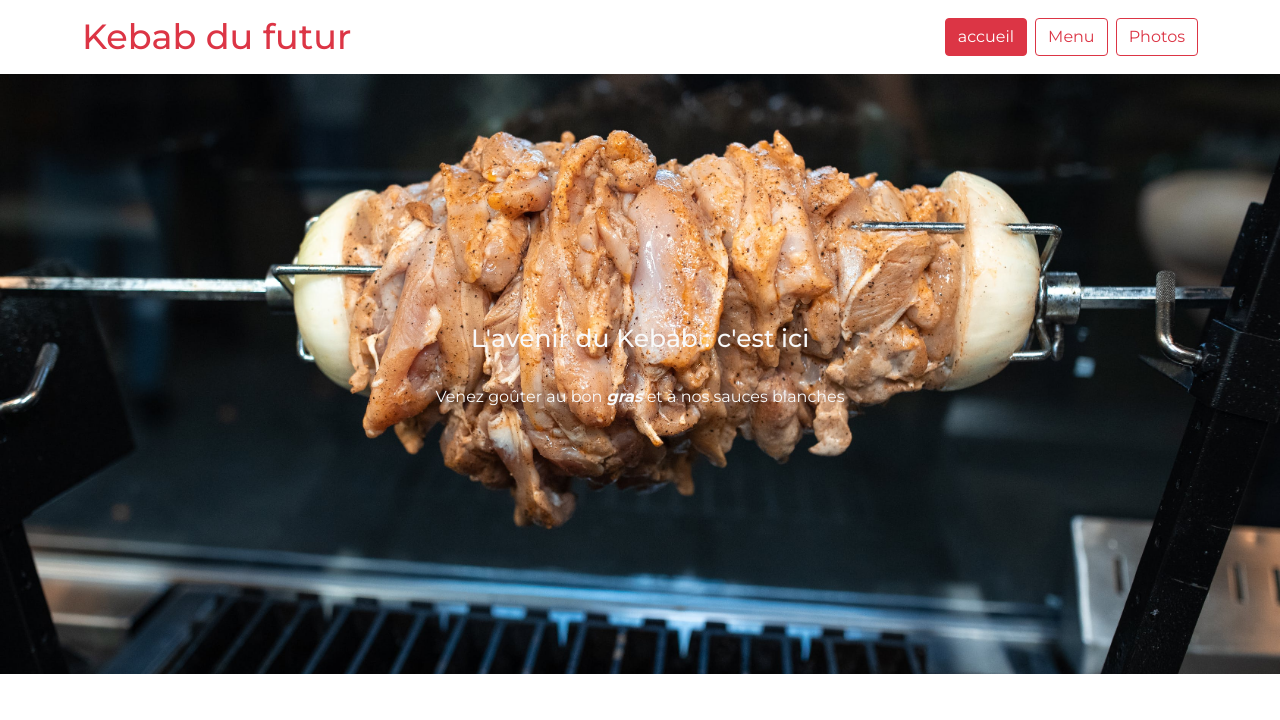
Repository: phbord/THP-js-exercices-manipulation-DOM
Page: index.html
The author's editor kept a copy of each file at every save. The page is drawn from the files as they stood at one save, then again after a run of saves.
The browser window is 1280 px wide. The pictures show the whole page.

Above is the page before, as saved 2021-07-19 11:20:21.

### index.html
<!DOCTYPE HTML>
<html lang="fr">
    <head>
        <title></title>
        <meta charset="utf-8">
        <link href="https://cdn.jsdelivr.net/npm/bootstrap@5.0.2/dist/css/bootstrap.min.css"
                rel="stylesheet"
                integrity="sha384-EVSTQN3/azprG1Anm3QDgpJLIm9Nao0Yz1ztcQTwFspd3yD65VohhpuuCOmLASjC"
                crossorigin="anonymous">
        <link rel="stylesheet" href="./styles/main.css">
    </head>
    <body>
        <!-- HEADER -->
        <header class="py-3">
            <nav class="container d-flex align-items-center justify-content-between">
                <div class="me-5" href="#">
                    <h1 class="text-danger">Kebab du futur</h1>
                </div>
                <ul class="d-flex">
                    <li class="me-2">
                        <a class="btn btn-danger" href="#">accueil</a>
                    </li>
                    <li class="me-2">
                        <a class="btn btn-outline-danger" href="#">Menu</a>
                    </li>
                    <li>
                        <a class="btn btn-outline-danger" href="#">Photos</a>
                    </li>
                </ul>
            </nav>
        </header>

        <!-- ACCUEIL -->
        <section class="home d-flex flex-column justify-content-center align-items-center p-4">
            <h2 class="text-light">L'avenir du Kebab : c'est ici</h2>
            <p class="text-light mt-4">Venez goûter au bon <b><i>gras</i></b> et à nos sauces blanches</p>
        </section>

        <!-- MENU -->

        <!-- PHOTOS -->


        <!-- SCRIPTS -->
        <script src="./scripts/main.js"></script>
    </body>
</html>

### styles/main.css
@import url('https://fonts.googleapis.com/css2?family=Montserrat:wght@100;200;300;400;500;600;700;800;900&display=swap');

body {
    font-family: Montserrat;
}

ul,li {
    margin: 0;
    padding: 0;
    list-style: none;
}

header h1 {
    font-size: 35px;
}
header h1 {
    margin: 0;
}
h2 {
    font-size: 25px;
}

a,button {
    -webkit-transition: all 300ms ease;
    -moz-transition: all 300ms ease;
    -ms-transition: all 300ms ease;
    -o-transition: all 300ms ease;
    transition: all 300ms ease;
}

/* ACCUEIL */
.home {
    height: 600px;
    background: transparent url(../img/i_home.jpeg) center no-repeat;
    background-size: cover;
}

/*  */

Loaded but not shown: scripts/main.js (no copy from this time; the picture is the same without it)

After the next 3 saves:
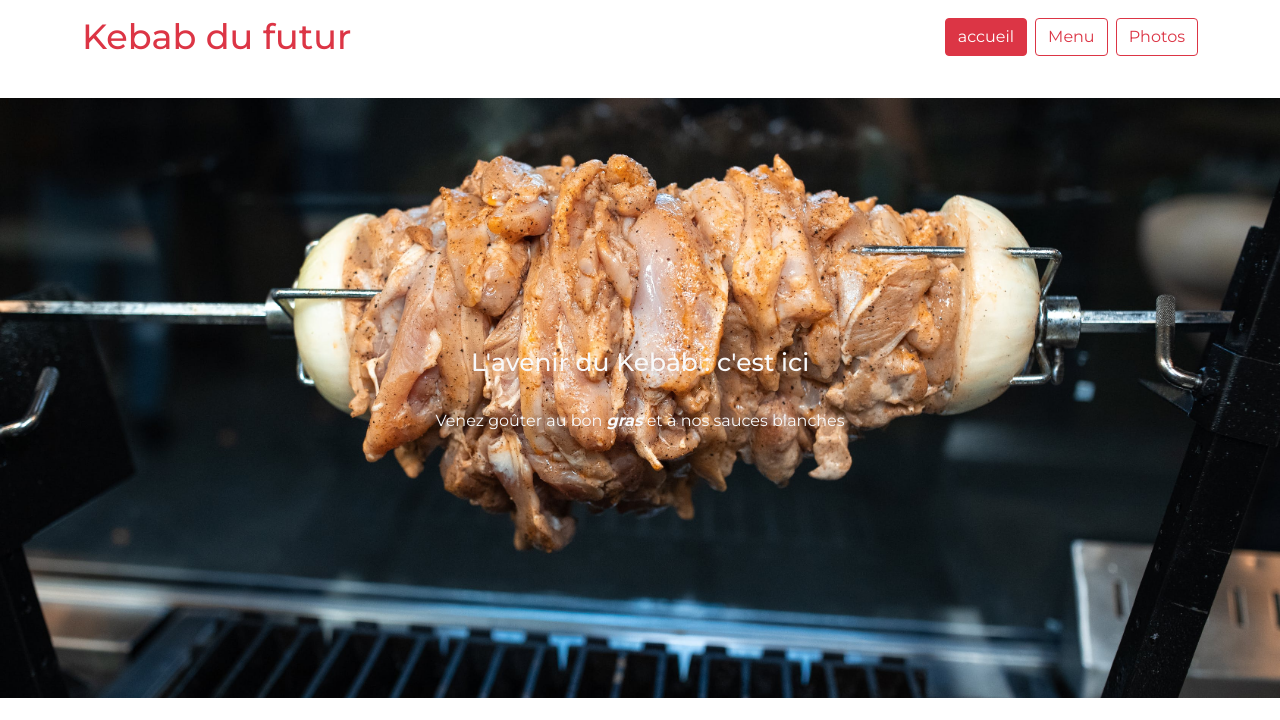
The 3 saves are shown as one change because they came seconds apart.
The last was saved 43 s later.
--- a/index.html
+++ b/index.html
@@ -11,7 +11,7 @@
     </head>
     <body>
         <!-- HEADER -->
-        <header class="py-3">
+        <header class="mb-4 py-3">
             <nav class="container d-flex align-items-center justify-content-between">
                 <div class="me-5" href="#">
                     <h1 class="text-danger">Kebab du futur</h1>
